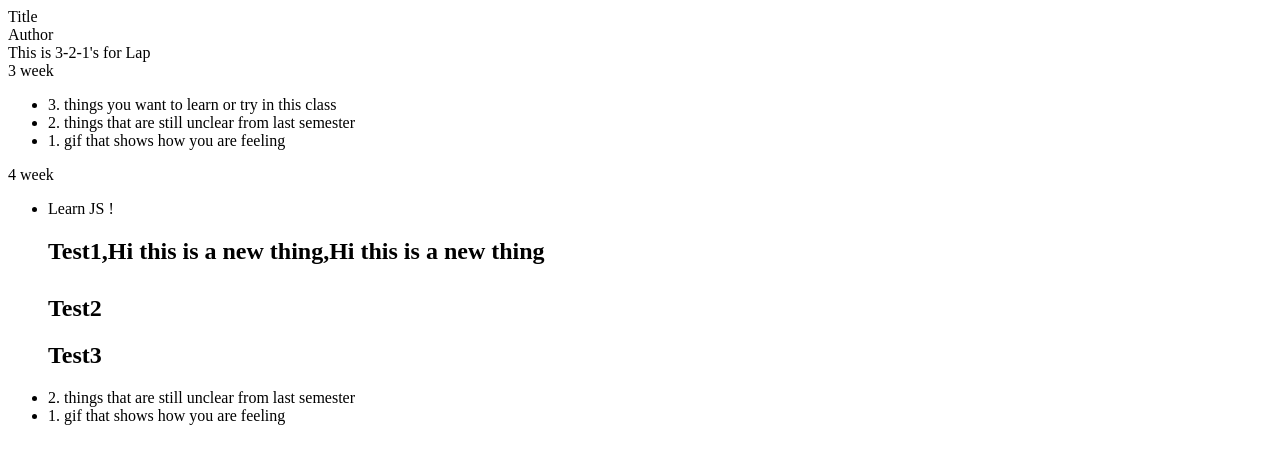
Repository: HyunJunggggg/MDIA2109
Page: inclass/index.html
The author's editor kept a copy of each file at every save. The page is drawn from the files as they stood at one save, then again after the next save.
The browser window is 1280 px wide. The pictures show the whole page.

Above is the page before, as saved 2025-01-30 15:36:46.

After the next save:
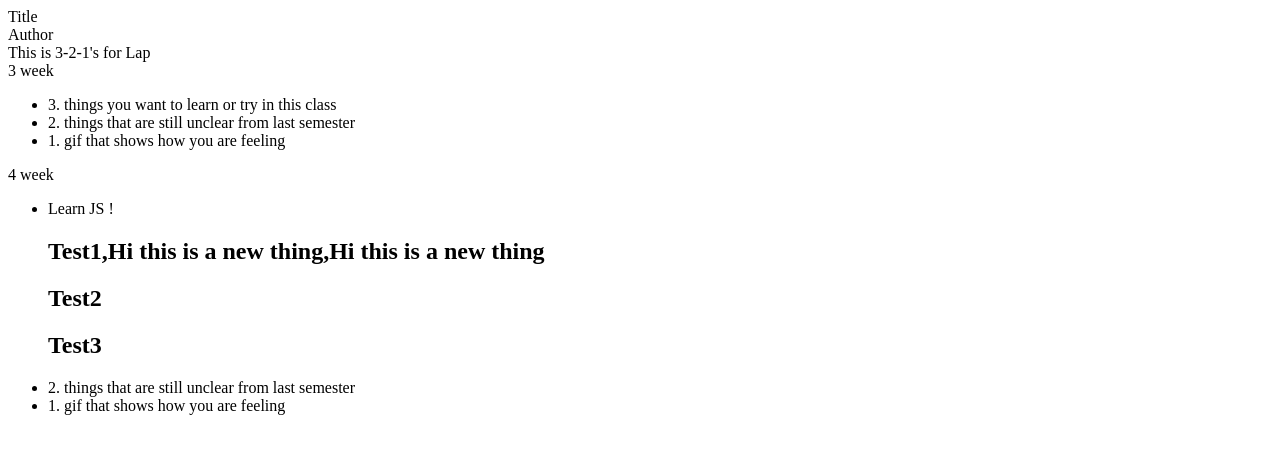
Console error: TypeError: Cannot read properties of undefined (reading 'append')
Saved 2 min 17 s later.
--- a/inclass/main.js
+++ b/inclass/main.js
@@ -20,4 +20,4 @@
 // querySelectorAll - shows array , so it should target
 
 let $subheader = document.createElement('h2');
-$title.append($subheader);
+$title[0].append($subheader);

After the 3 saves that followed:
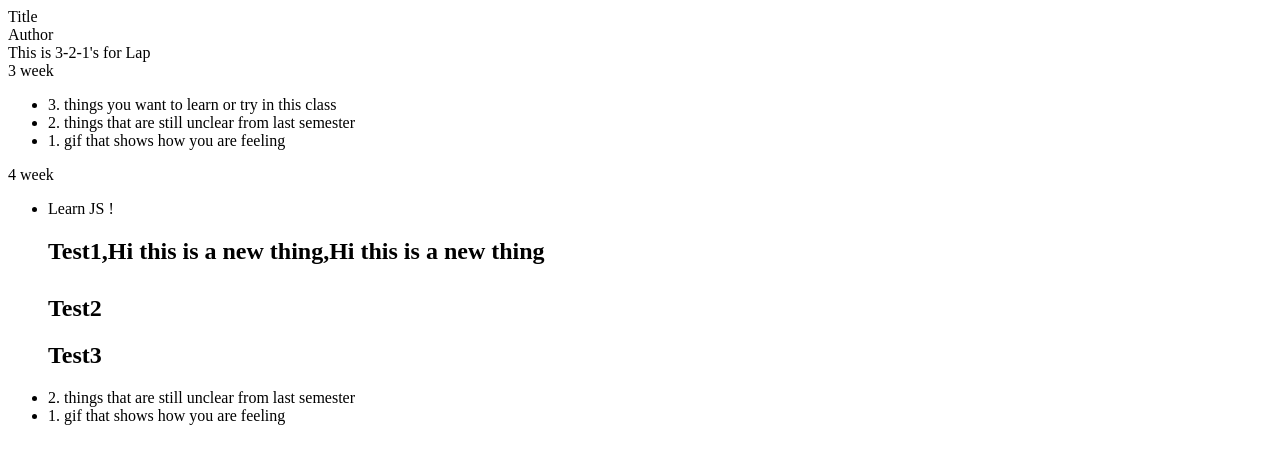
The error is gone.
The 3 saves are shown as one change because 1 left the picture as it was and some came seconds apart.
The last was saved 30 s later.
--- a/inclass/main.js
+++ b/inclass/main.js
@@ -9,6 +9,7 @@
 // }
 
 let $title = document.querySelector('h1');
+let $subheader = document.createElement('h2');
 // querySelecor -> target one thing
 // if var has $ <- this mean, it just reference document.
 console.log($title);
@@ -19,5 +20,4 @@
 $headerElement[0].append(',Hi this is a new thing');
 // querySelectorAll - shows array , so it should target
 
-let $subheader = document.createElement('h2');
-$title[0].append($subheader);
+$headerElement[0].append($subheader);
